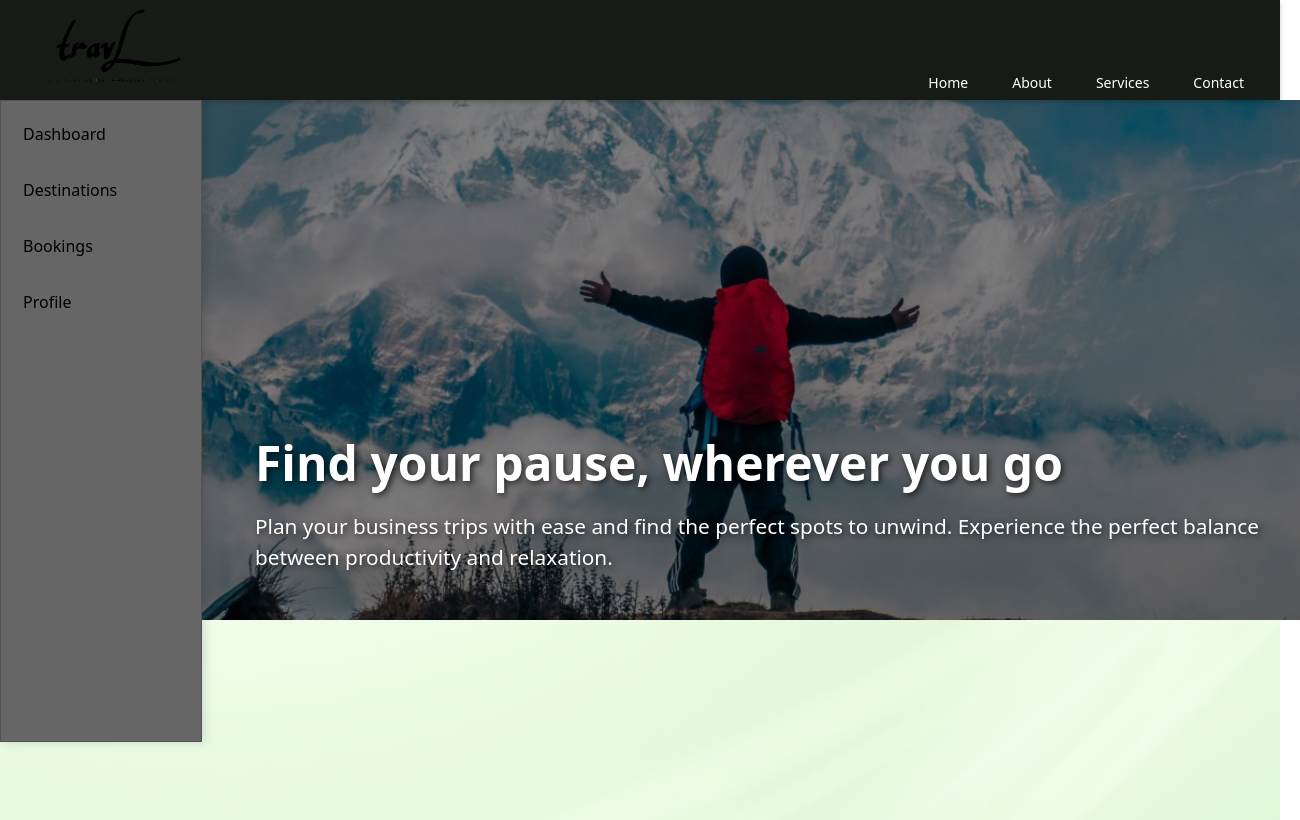
Repository: Nakib-Arman/Javafest25---travL
Page: / (app in Frontend/)
The author's editor kept a copy of each file at every save. The page is drawn from the files as they stood at one save, then again after the next save.
The browser window is 1280 px wide. The page is 1300 px wide, so the pictures cover 1300 px, including what lies to the right of the window. The pictures show the whole page.
Pictures or frames that could not be fetched are drawn as grey boxes. The project was rebuilt for these pictures with package versions that can differ from the ones it lists, and the page was loaded fresh each time. Also part of the build but not shown: Frontend/vite.config.js.

Above is the page before, as saved 2025-08-13 08:57:45.

After the next save:
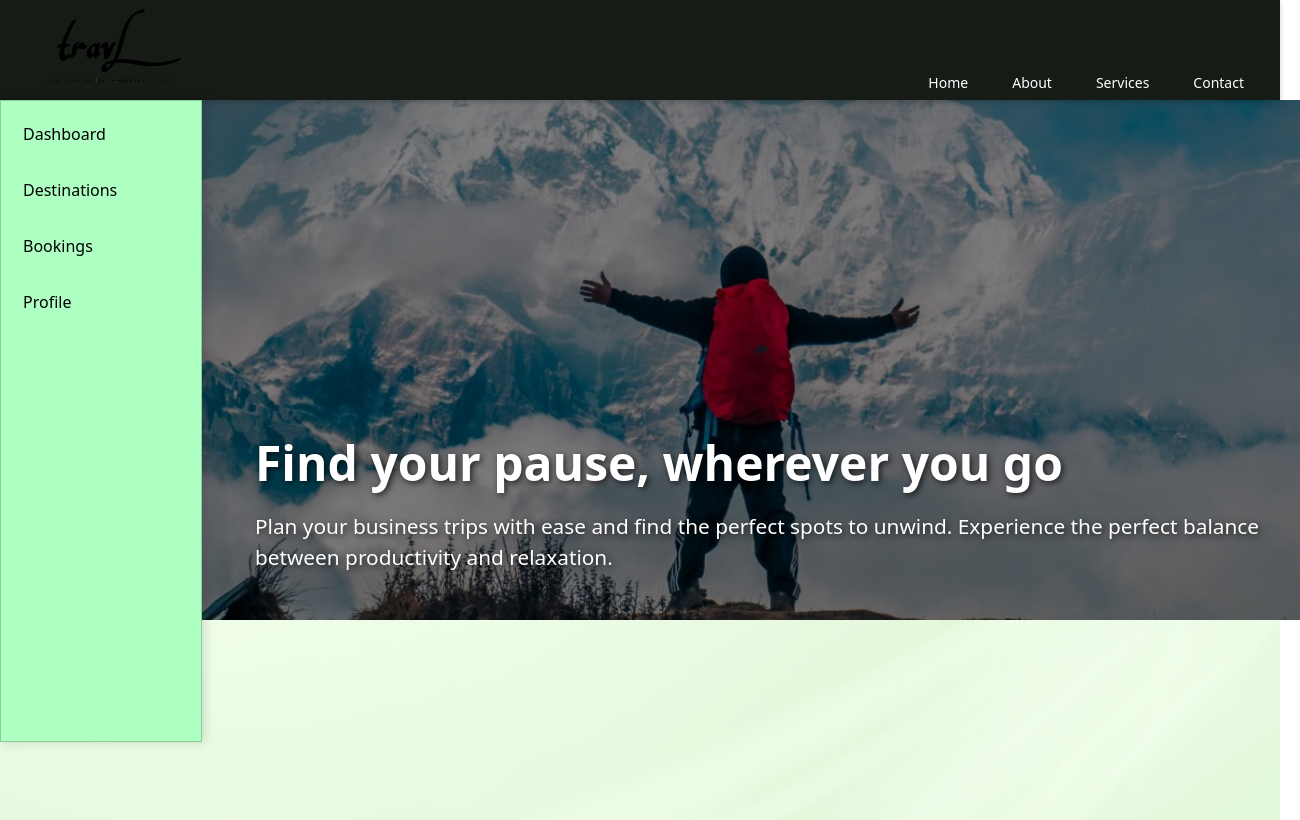
Saved 4 s later.
--- a/Frontend/src/CSS/Sidebar.css
+++ b/Frontend/src/CSS/Sidebar.css
@@ -4,7 +4,7 @@
   left: 0;
   width: 180px;
   height: calc(100vh - 100px);
-  background-color: #666666;
+  background-color: #aeffc2;
   display: flex;
   flex-direction: column;
   padding: 10px;
